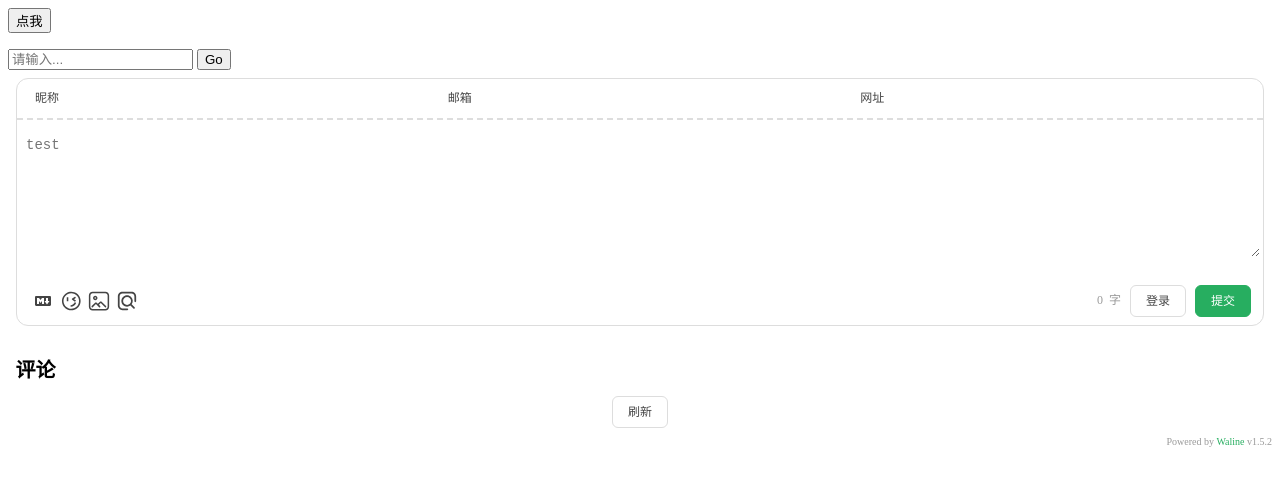
Repository: StarunneR/one-page
Page: index.html
The author's editor kept a copy of each file at every save. The page is drawn from the files as they stood at one save, then again after the next save.
The browser window is 1280 px wide. The pictures show the whole page.
The page's requests for data from a server got no answer.

Above is the page before, as saved 2022-01-07 11:21:33.

### index.html
<!doctype html>
<html lang="zh">

<head>
    <meta charset="utf-8" />
    <title>CloudPool浊池</title>
    <script src="waline/waline.js"></script>
    <link rel="shortcut icon" href="./favicon.ico" />
    <script>
        function check() {
            window.location.href = 'baidu.com';
        };

        function myFunction() {
            document.getElementById("demo").innerHTML = "Hello World";
        }
    </script>
</head>

<body>
    <button onclick="check()">点我</button>
    <p id="demo"></p>
    <div class="search">
        <input type="text" placeholder="请输入..." name="" id="" value="" />
        <input type="button" value="Go" οnclick="check()" />
    </div>

    <div id="waline"></div>
    <script>
        Waline({
            el: '#waline',
            serverURL: 'https://one-comment.vercel.app/',
            emoji: [
                //    'waline/gh/walinejs/emojis@1.0.0/qq',
                //    'waline/gh/walinejs/emojis@1.0.0/weibo',
                //    'waline/gh/walinejs/emojis@1.0.0/tieba',
                //    'waline/gh/walinejs/emojis@1.0.0/alus',
                //    'waline/gh/walinejs/emojis@1.0.0/bilibili',
                'https://cdn.jsdelivr.net/gh/walinejs/emojis@1.0.0/qq',
                'https://cdn.jsdelivr.net/gh/walinejs/emojis@1.0.0/weibo',
                'https://cdn.jsdelivr.net/gh/walinejs/emojis@1.0.0/tieba',
                'https://cdn.jsdelivr.net/gh/walinejs/emojis@1.0.0/alus',
                'https://cdn.jsdelivr.net/gh/walinejs/emojis@1.0.0/bilibili',
            ],
            appId: 'z0aNhgPFYWIlcGL0ONwY1rNU-MdYXbMMI',
            appKey: 'KgidpF8jI1RcVyCvaPyjyes4',
            avatar: '0wtM2bADqSKOPS28qEiQPdzj',
            IPQPS: 0,
            placeholder: 'test',
        });
    </script>
</body>

</html>

Loaded but not shown: waline/waline.js (library)

After the next save:
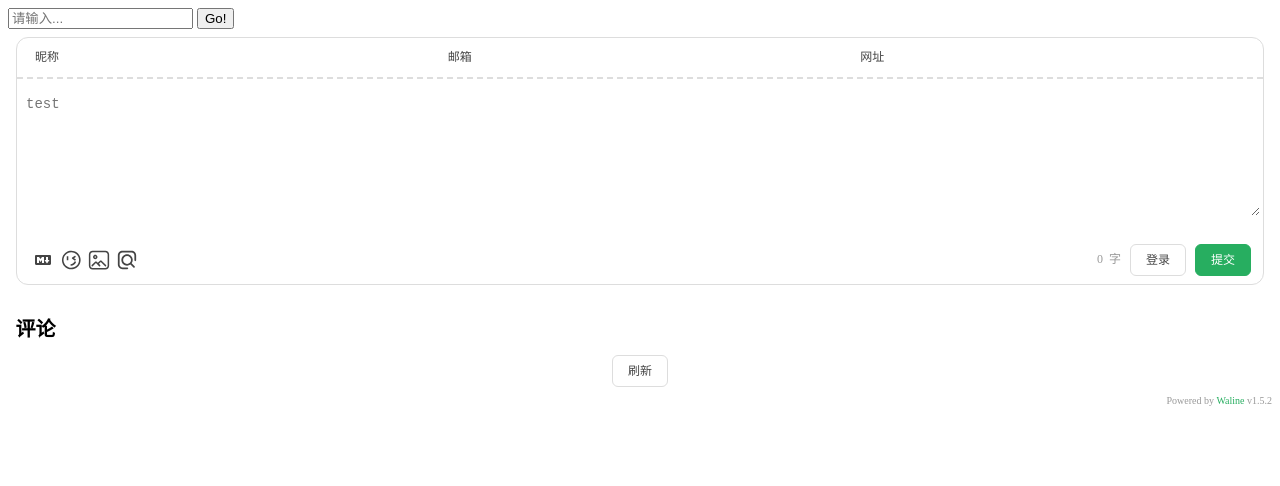
Saved 93 s later.
--- a/index.html
+++ b/index.html
@@ -11,18 +11,13 @@
             window.location.href = 'baidu.com';
         };
 
-        function myFunction() {
-            document.getElementById("demo").innerHTML = "Hello World";
-        }
     </script>
 </head>
 
 <body>
-    <button onclick="check()">点我</button>
-    <p id="demo"></p>
     <div class="search">
         <input type="text" placeholder="请输入..." name="" id="" value="" />
-        <input type="button" value="Go" οnclick="check()" />
+        <button onclick="check()">Go!</button>
     </div>
 
     <div id="waline"></div>
